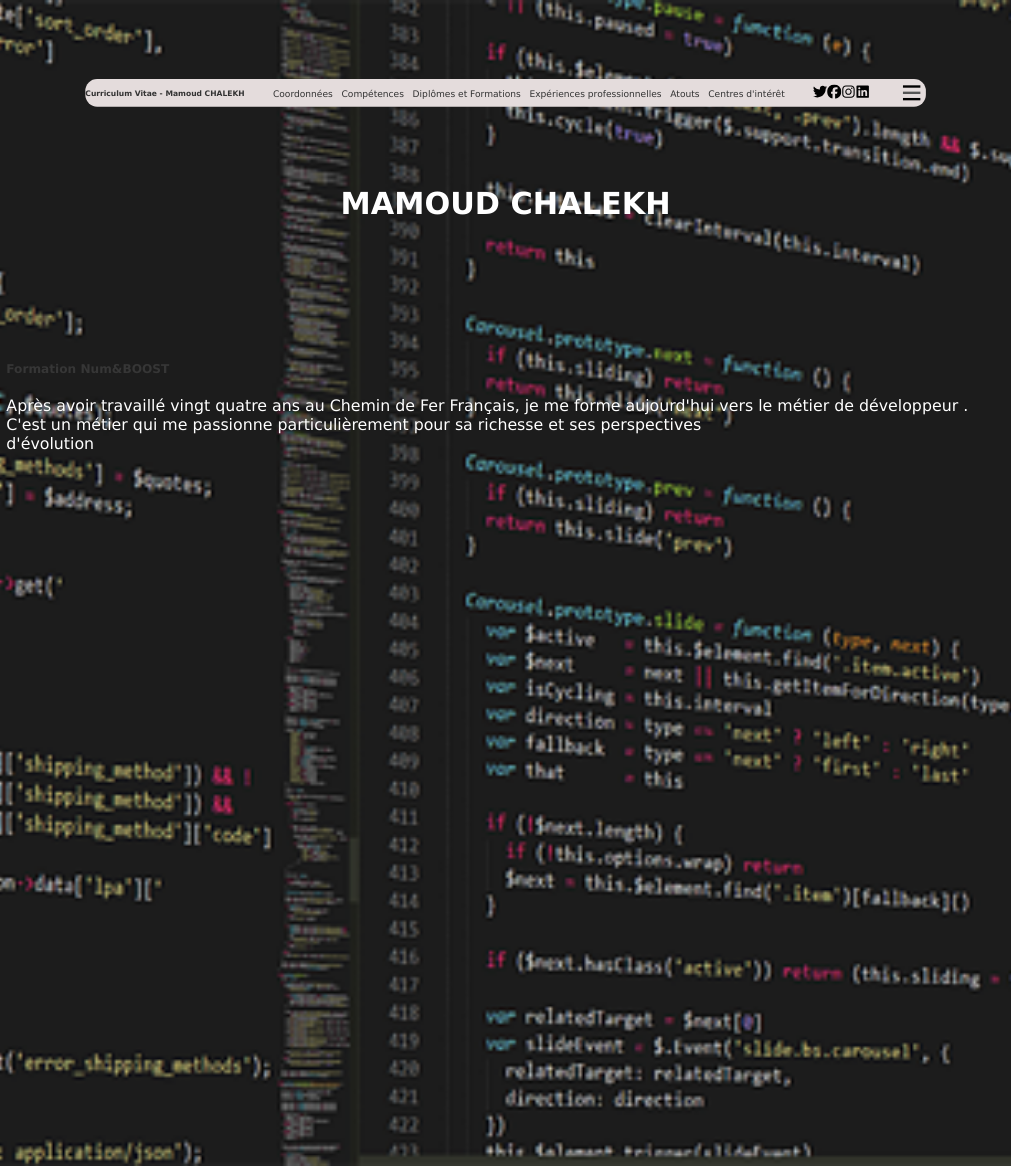
Repository: ChalekhMamoud/Mamoud
Page: accueil.html
These files come from the project's save history. The page is drawn as it stood at one moment and after the next save; the edit follows.
The browser window is 1280 px wide. The pictures show the whole page, at 79% of full size.

Above is the page before, as saved 2025-01-02 13:47:08.

### accueil.html
<!DOCTYPE html>

<html lang="en fr">

<body class="img_fond">

    <head>
        <meta charset="UTF-8">
        <meta name="viewport" content="width=device-width, initial-scale=1.0">


        <!-- titre de la page -->
        <title> Curriculum Vitae - Mamoud CHALEKH </title>

        <!-- balise de description du site sur la page web -->
        <meta name="description" Après avoir travaillé vingt quatre ans au Chemin de Fer Français, je me forme aujourd
            hui vers le métier de développeur Web et Web mobile. C est un métier qui me passionne particulièrement pour sa
            richesse et ses perspectives d évolution>

        <!-- Icone de l'onglet -->
        <link rel="shortcut icon" href="./images/cv.PNG">
        <link rel="preconnect" href="https://fonts.googleapis.com">
        <link rel="preconnect" href="https://fonts.gstatic.com" crossorigin>
        <link
            href="https://fonts.googleapis.com/css2?family=Poppins:ital,wght@0,100;0,200;0,300;0,400;0,500;0,600;0,700;0,800;0,900;1,100;1,200;1,300;1,400;1,500;1,600;1,700;1,800;1,900&display=swap"
            rel="stylesheet">
        <link rel="stylesheet" href="./css/global.css">
    </head>

    <!-- logo -->
    <header class="header">
        <div class="container">
            <div class="header_logo">
                <strong><a href="./cv/CV_2024-06-05_MAMOUD_CHALEKH.pdf" target="_blank">Curriculum Vitae - Mamoud
                        CHALEKH</a>

                </strong>
            </div>

            <!-- menu a droite -->
            <nav class="navbar">
                <div class="right1">
                    <ul class="list-unstyled">

                        <li><a href="coordonnees.html">Coordonnées</a></li>
                        &nbsp; &nbsp;
                        <li><a href="./competence.html"> Compétences</a></li>
                        &nbsp; &nbsp;
                        <li><a href="./Diplomes et Formations.html"> Diplômes et Formations</a></li>
                        &nbsp; &nbsp;
                        <li><a href="./experience_professionnel.html"> Expériences professionnelles</a></li>
                        &nbsp; &nbsp;
                        <li><a href="./Atouts.html">Atouts</a></li>
                        &nbsp; &nbsp;
                        <li>
                            <a href="./centre-interet.html"> Centres d'intérêt</a>
                        </li>
                    </ul>
                </div>
            </nav>

            <!-- menu navigation à droite -->
            <div class="right">
                <ul class="list-unstyled">
                    <li><a href="https://google.fr" target="_blank"><svg class="icon twitter" width="18px" height="18px"
                                xmlns="http://www.w3.org/2000/svg" viewBox="0 0 512 512">
                                <!--!Font Awesome Free 6.5.2 by @fontawesome - https://fontawesome.com License - https://fontawesome.com/license/free Copyright 2024 Fonticons, Inc.-->
                                <path
                                    d="M459.4 151.7c.3 4.5 .3 9.1 .3 13.6 0 138.7-105.6 298.6-298.6 298.6-59.5 0-114.7-17.2-161.1-47.1 8.4 1 16.6 1.3 25.3 1.3 49.1 0 94.2-16.6 130.3-44.8-46.1-1-84.8-31.2-98.1-72.8 6.5 1 13 1.6 19.8 1.6 9.4 0 18.8-1.3 27.6-3.6-48.1-9.7-84.1-52-84.1-103v-1.3c14 7.8 30.2 12.7 47.4 13.3-28.3-18.8-46.8-51-46.8-87.4 0-19.5 5.2-37.4 14.3-53 51.7 63.7 129.3 105.3 216.4 109.8-1.6-7.8-2.6-15.9-2.6-24 0-57.8 46.8-104.9 104.9-104.9 30.2 0 57.5 12.7 76.7 33.1 23.7-4.5 46.5-13.3 66.6-25.3-7.8 24.4-24.4 44.8-46.1 57.8 21.1-2.3 41.6-8.1 60.4-16.2-14.3 20.8-32.2 39.3-52.6 54.3z" />
                            </svg>
                        </a></li>
                    <li><a href="https://google.fr" target="_blank" target="_blank"><svg class="icon facebook"
                                width="18px" height="18px" xmlns="http://www.w3.org/2000/svg" viewBox="0 0 512 512">
                                <!--!Font Awesome Free 6.5.2 by @fontawesome - https://fontawesome.com License - https://fontawesome.com/license/free Copyright 2024 Fonticons, Inc.-->
                                <path
                                    d="M512 256C512 114.6 397.4 0 256 0S0 114.6 0 256C0 376 82.7 476.8 194.2 504.5V334.2H141.4V256h52.8V222.3c0-87.1 39.4-127.5 125-127.5c16.2 0 44.2 3.2 55.7 6.4V172c-6-.6-16.5-1-29.6-1c-42 0-58.2 15.9-58.2 57.2V256h83.6l-14.4 78.2H287V510.1C413.8 494.8 512 386.9 512 256h0z" />
                            </svg>
                        </a>
                    </li>
                    <li>
                        <a href="https://google.fr" target="_blank" target="_blank">
                            <svg class="icon instagram" width="18px" height="18px" xmlns="http://www.w3.org/2000/svg"
                                viewBox="0 0 448 512">
                                <!--!Font Awesome Free 6.5.2 by @fontawesome - https://fontawesome.com License - https://fontawesome.com/license/free Copyright 2024 Fonticons, Inc.-->
                                <path
                                    d="M224.1 141c-63.6 0-114.9 51.3-114.9 114.9s51.3 114.9 114.9 114.9S339 319.5 339 255.9 287.7 141 224.1 141zm0 189.6c-41.1 0-74.7-33.5-74.7-74.7s33.5-74.7 74.7-74.7 74.7 33.5 74.7 74.7-33.6 74.7-74.7 74.7zm146.4-194.3c0 14.9-12 26.8-26.8 26.8-14.9 0-26.8-12-26.8-26.8s12-26.8 26.8-26.8 26.8 12 26.8 26.8zm76.1 27.2c-1.7-35.9-9.9-67.7-36.2-93.9-26.2-26.2-58-34.4-93.9-36.2-37-2.1-147.9-2.1-184.9 0-35.8 1.7-67.6 9.9-93.9 36.1s-34.4 58-36.2 93.9c-2.1 37-2.1 147.9 0 184.9 1.7 35.9 9.9 67.7 36.2 93.9s58 34.4 93.9 36.2c37 2.1 147.9 2.1 184.9 0 35.9-1.7 67.7-9.9 93.9-36.2 26.2-26.2 34.4-58 36.2-93.9 2.1-37 2.1-147.8 0-184.8zM398.8 388c-7.8 19.6-22.9 34.7-42.6 42.6-29.5 11.7-99.5 9-132.1 9s-102.7 2.6-132.1-9c-19.6-7.8-34.7-22.9-42.6-42.6-11.7-29.5-9-99.5-9-132.1s-2.6-102.7 9-132.1c7.8-19.6 22.9-34.7 42.6-42.6 29.5-11.7 99.5-9 132.1-9s102.7-2.6 132.1 9c19.6 7.8 34.7 22.9 42.6 42.6 11.7 29.5 9 99.5 9 132.1s2.7 102.7-9 132.1z" />
                            </svg>
                        </a>
                    </li>
                    <li>
                        <a href="https://google.fr" target="_blank" target="_blank">
                            <svg class="icon instagram" width="18px" height="18px" xmlns="http://www.w3.org/2000/svg"
                                viewBox="0 0 448 512">
                                <!--!Font Awesome Free 6.5.2 by @fontawesome - https://fontawesome.com License - https://fontawesome.com/license/free Copyright 2024 Fonticons, Inc.-->
                                <path
                                    d="M416 32H31.9C14.3 32 0 46.5 0 64.3v383.4C0 465.5 14.3 480 31.9 480H416c17.6 0 32-14.5 32-32.3V64.3c0-17.8-14.4-32.3-32-32.3zM135.4 416H69V202.2h66.5V416zm-33.2-243c-21.3 0-38.5-17.3-38.5-38.5S80.9 96 102.2 96c21.2 0 38.5 17.3 38.5 38.5 0 21.3-17.2 38.5-38.5 38.5zm282.1 243h-66.4V312c0-24.8-.5-56.7-34.5-56.7-34.6 0-39.9 27-39.9 54.9V416h-66.4V202.2h63.7v29.2h.9c8.9-16.8 30.6-34.5 62.9-34.5 67.2 0 79.7 44.3 79.7 101.9V416z" />
                            </svg>
                        </a>
                    </li>
                </ul>
            </div>
            <button class="burger"><span class="bar">-</span></button>
        </div>
    </header>
    <main class="main_accueil">
        <h1 class="h1_accueil"> MAMOUD CHALEKH</h1>
        <br>
        <br><br>
        <br><br>
        <br>
        <p class="p_accueil"><strong>Formation Num&BOOST</strong><span class="form"><br> <br>
                Après avoir travaillé vingt quatre ans au Chemin de Fer Français, je me forme
                aujourd'hui vers le métier de développeur .<BR>
                C'est un métier qui me passionne particulièrement pour sa richesse et ses
                perspectives d'évolution
            </span>
        </p>
        </p>
    </main>
</body>

### css/global.css
/*Ceci est un commentaire*/

/*integration de la font*/
@import url('https://fonts.googleapis.com/css2?family=Saira+Condensed:wght@100;200;300;400;500;600;700;800;900&display=swap');

/* reset css cible tous les elements et rajouter des elements sur tout le site*/
*{box-sizing: border-box;
}

html{
    font-size: 60%;
    padding: 0px;
    }

/*dans le body*/
body{
    font-family: Verdana, Geneva, Tahoma, sans-serif;
    font-size: 1.6rem;
    color: #363636;
        }

    h1,h2,h3,h4{
    font-size:4rem;
        }
    .h5_dip{
    font-size: 1.5rem;
}
    h1 {
    border-bottom:#e4dcdc 7px solid;
    color:#363636 ;
    margin-top: 100px;
    margin-bottom: 50px;
        }

    h2,h3,h4{
    border-bottom:#e4dcdc 7px solid;
    color:#363636 ;
    margin-top: 50px;
    margin-bottom: 50px;
        }

    p3{
    display: block;
    padding-left: -50px;
        }


a{
    color:#333;
    text-decoration: none;
        }

 /*dans le header*/
.header{
    border: 1px solide  #555;
    border-radius: 15px;
    background: #e4dcdc;
    flex-direction: row;
      justify-content: center;
      margin: 100px;
        }



    .main{
       margin: 0px;
        }

    .container{
    display: flex;
    justify-content: space-between;

        }

    @media screen and (min-width:750px){
    .container{
    max-width: 1200px;
    margin: auto;
    padding:0rem;
    justify-content:space-between;
    justify-content:row;
        }
            }





    .list-unstyled{
    font-size: 1.2rem;
    list-style: none;
    margin:0;
    padding: 0px;
    display: inline-flex;
    align-items: center;
       }

    .header_logo{
     font-size: 1rem;
        }

    nav{
    display:none;
        }


    .navbar{
    display:flex;
    display: inline-flex;
        }

    .burger{
    background:none;
    border: none;
    width: 35px;
    height: 35px;
    cursor: pointer;
    position: relative;
            }

    .bar {
    display: block;
    background:#555;
    width: 22px;
    height:3px;
        }

    .bar::before,.bar::after{
    display: block;
    content: "";
    width: 22px;
    height:3px;
    background:black;
    position: absolute;
        }

    .bar::before{
            transform : translatey(-8px);
           }

           .bar::after{
            transform : translatey(-8px);
           }

           .bar::after{
            bottom: 0;
           }

          .p{
            display: flex;
             align-items: center;
              }

        .grid_2{
            margin:20px;
        }

      .grid_5{
        margin:20px;
      }

           @media screen and (max-width:750px){
            .navbar{
            min-width: 1200px;
        display:none;
               }
           }

           .section{
            padding: 100 0;
           }



footer{
    background: #333;
    color: aliceblue;
}


.form input, .form textarea{
    display: block;
width: 100%;
padding: 1rem;
margin-bottom: 2rem;

}

.form{
    margin-left: 300px;
    margin-right: 300px;
    padding: 0;
}
.texarea{
    height: 100px;
}
.container{
display: flow-root;
           align-items: center;
            display: flex;
           justify-content:space-between;
}

.header_logo{

text-align: center;
}

footer{
    height:"50px";
}
.l footer list_unstyled{
    color:#ffffff;

}
.liste ul{
    color: #fff;
    list-style-type: none;

}



.container_footer{

    height:"5px";

}
.liste{
    display: flex;
}

.img_fond{
    background: url(../images/developpeur.webp) center/cover; min-height: 190vh;

}
.h1_accueil{
    display: flex;
    text-decoration: none;
    border-bottom:none;
    flex-direction: row-reverse;justify-content: space-evenly;color: #ffffff;
}
.main_accuei
  {font-size: 10%;}

.form{font-size: 20px;

color:#ffffff;
}

After the next save:
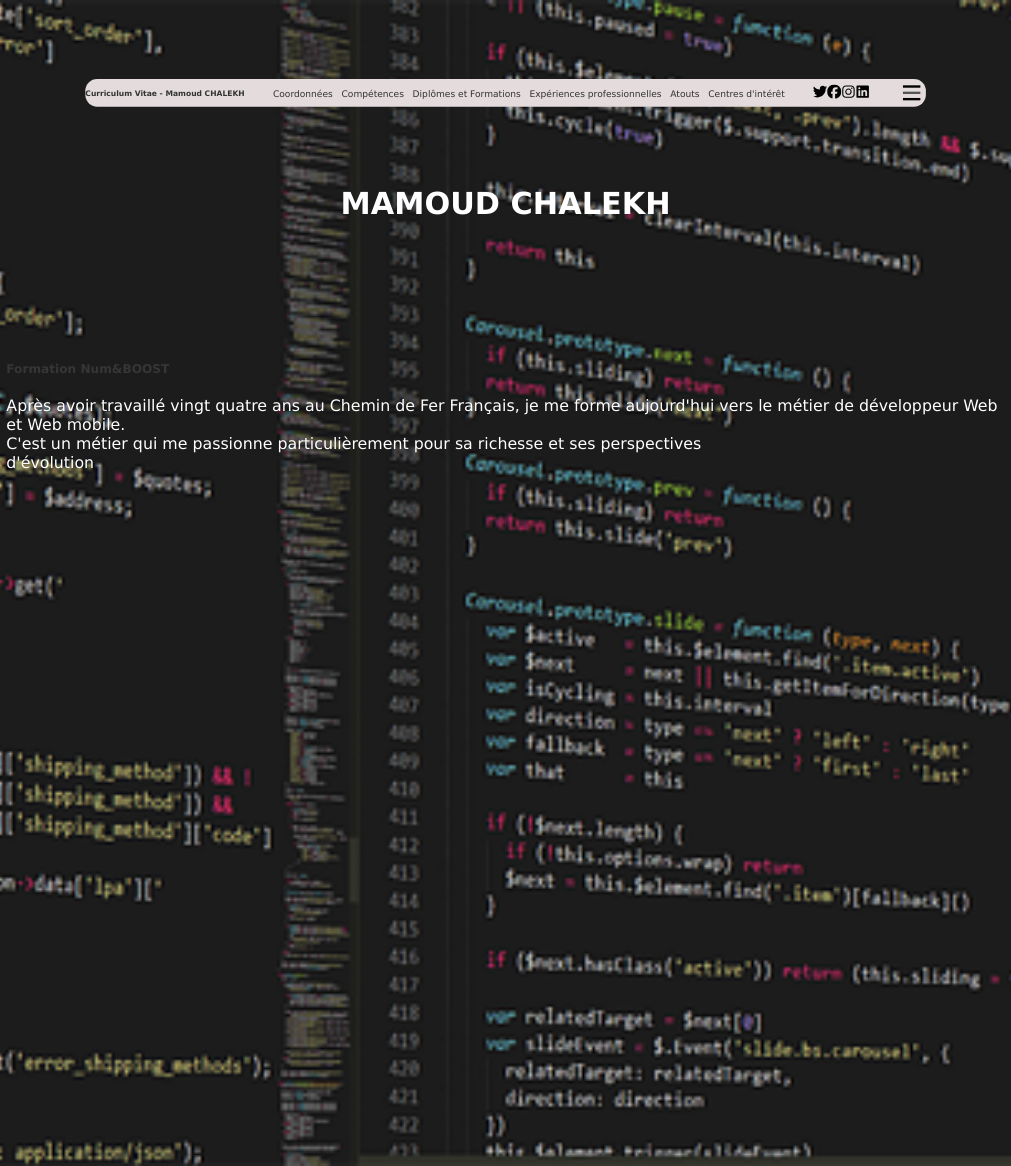
Saved 12 s later.
--- a/accueil.html
+++ b/accueil.html
@@ -110,7 +110,7 @@
         <br>
         <p class="p_accueil"><strong>Formation Num&BOOST</strong><span class="form"><br> <br>
                 Après avoir travaillé vingt quatre ans au Chemin de Fer Français, je me forme
-                aujourd'hui vers le métier de développeur .<BR>
+                aujourd'hui vers le métier de développeur Web et Web mobile.<BR>
                 C'est un métier qui me passionne particulièrement pour sa richesse et ses
                 perspectives d'évolution
             </span>
